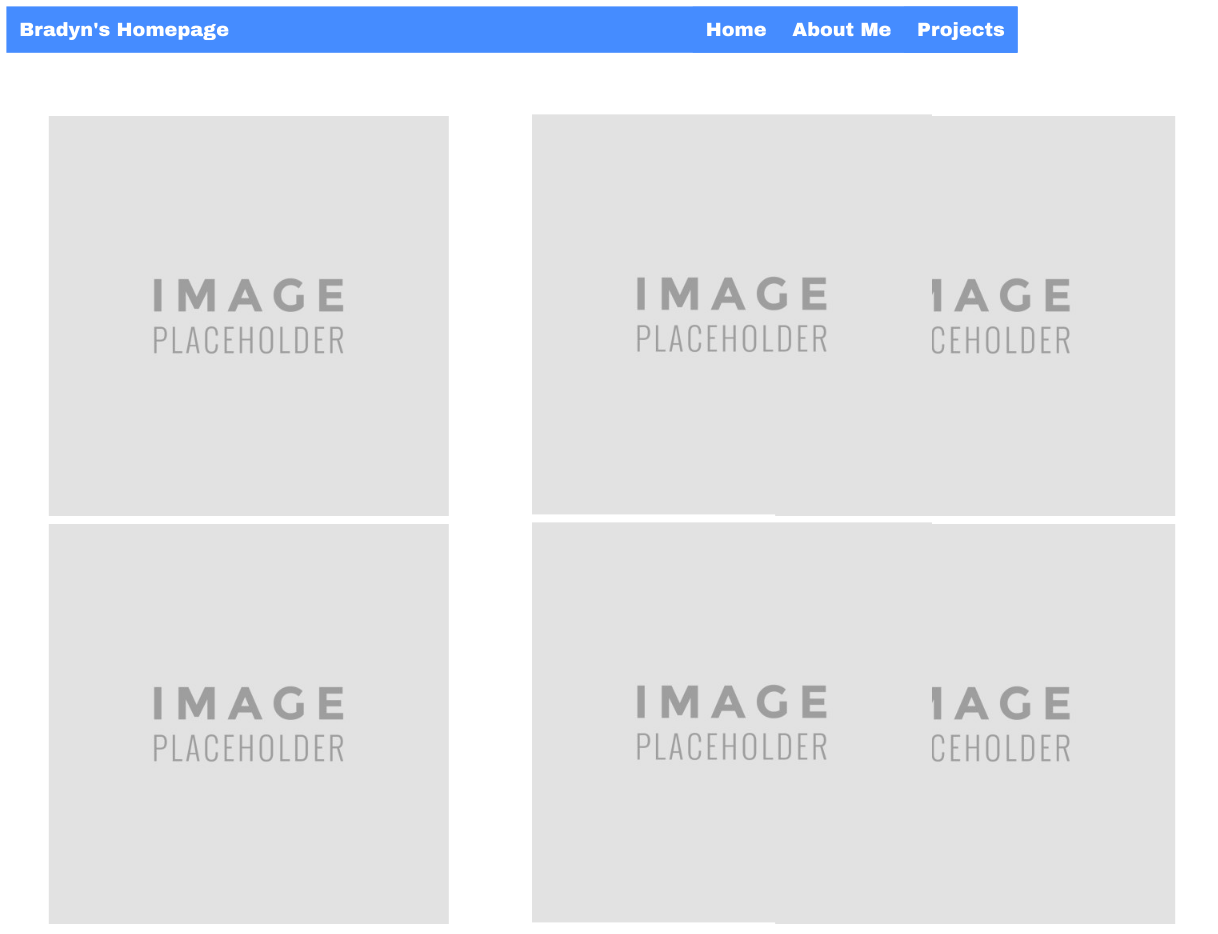
Repository: br4y/br4y.github.io
Page: index.html
The author's editor kept a record of every edit. The page is drawn from the files as they stood at one moment, then again after the next edit.
The browser window is 1280 px wide. The page is 1522 px wide, so the pictures cover 1522 px, including what lies to the right of the window. The pictures show the whole page, at 80% of full size.

Above is the page before.

### index.html
<!DOCTYPE html>
<link href="StyleSheet.css" rel="stylesheet" type="text/css">
<html>
    <head>
    <div class="navbar">
        <a>Bradyn's Homepage</a>
        <div class="links">
          <a class="active" href="index.html">Home</a>
          <a href="about.html">About Me</a>
      <div class="dropdown">
        <div class="morelinks">Projects</div>
        <div class="dropdown-content">
          <a href="#">Projects</a>
          <a href="#">Projects</a>
          <a href="#">Projects</a>
        </div>
      </div>
     </div>

    </div>

    </head>

    <body>
        <table>
            <tr class="spacerow">
                <br><br><br><br>
            </tr>
            <tr class="row1">
                <td><img class="column1" src="images/placeholder.jpg"></img></td>
                <td><img class="column2" src="images/placeholder.jpg"></img></td>
                <td><img class="column3" src="images/placeholder.jpg"></img></td>
            </tr>
            <tr>

            </tr>
            <tr class="row2">
                <td><img class="column1" src="images/placeholder.jpg"></img></td>
                <td><img class="column2" src="images/placeholder.jpg"></img></td>
                <td><img class="column3" src="images/placeholder.jpg"></img></td>
            </tr>
        </table>
    </body>

</html>

### StyleSheet.css
       .navbar{
        background-color: #458cff;
        overflow: hidden;
        font-family:"Arial Black", Gadget, sans-serif;
      }

      .navbar a {
        color: white;
        font-size: 24px;
        text-decoration: none;
        padding:16px;
        float:left;
      }

      .links {
        font-family:"Arial Black", Gadget, sans-serif;
        background-color: #458cff;
        color: white;
        float: right;
        text-decoration: none;
        font-size: 24px;
      }

      .morelinks {
        color: white;
        font-size: 24px;
        text-decoration: none;
        padding:16px;
      }

      .navbar a:hover, .morelinks:hover {
        background-color: pink;
      }

      .dropdown:hover .dropdown-content {
        display:block;
      }

      .dropdown-content {
        position: absolute;
        z-index:  1;
        display:none;
        background-color: #458cff;
        font-family:"Arial Black", Gadget, sans-serif;
      }

      .dropdown {
        font-family:"Arial Black", Gadget, sans-serif;
        background-color: #458cff;
        color: white;
        float: right;
        text-decoration: none;
        font-size: 24px;

      }

      .dropdown-content a{
        float: none;
        display:block;
      }

    .dog {
        width:40px;
        height:40px;
        border-radius:50%;
        padding:5px;
        display:inline;
        vertical-align:middle;
    }

    .portrait {
        height:relative;
        width:50%;
        float:left;
    }

    .about-text {
        text-align:left;
        font-family:"Arial Black", Gadget, sans-serif;
        width:45%;
        height:relative;
        display:inline-block;
        margin-left:15px;
    }

    /*.dropdown:hover .dropdown-content {display: block;}*/
    /*.dropdown-content a:hover {background-color:#2376fc;}*/
    /*.dropdown:hover .dropbtn {background-color: #2376fc;}*/

    table {
        width:100%;
    }

    .column1{
        height:40%;
        float:left;
        padding-left:10%
    }

    .column2 {
        height:40%;
        margin-left:30%;
    }

    .column3 {
        height:40%;
        float: right;
        padding-right:10%;
    }

    .spacerow {
        height:100%;
        padding-top:50px;
        color:white;
        font-size:100px;
    }

    .navbuttons {
        margin-right:10px;
        padding-right:20px;
        background-color:#458cff;
        display:inline-block;
        text-align: right;
        color:white;
        font-size:75%;
        font-family:"Arial Black", Gadget, sans-serif;
    }

After the next edit:
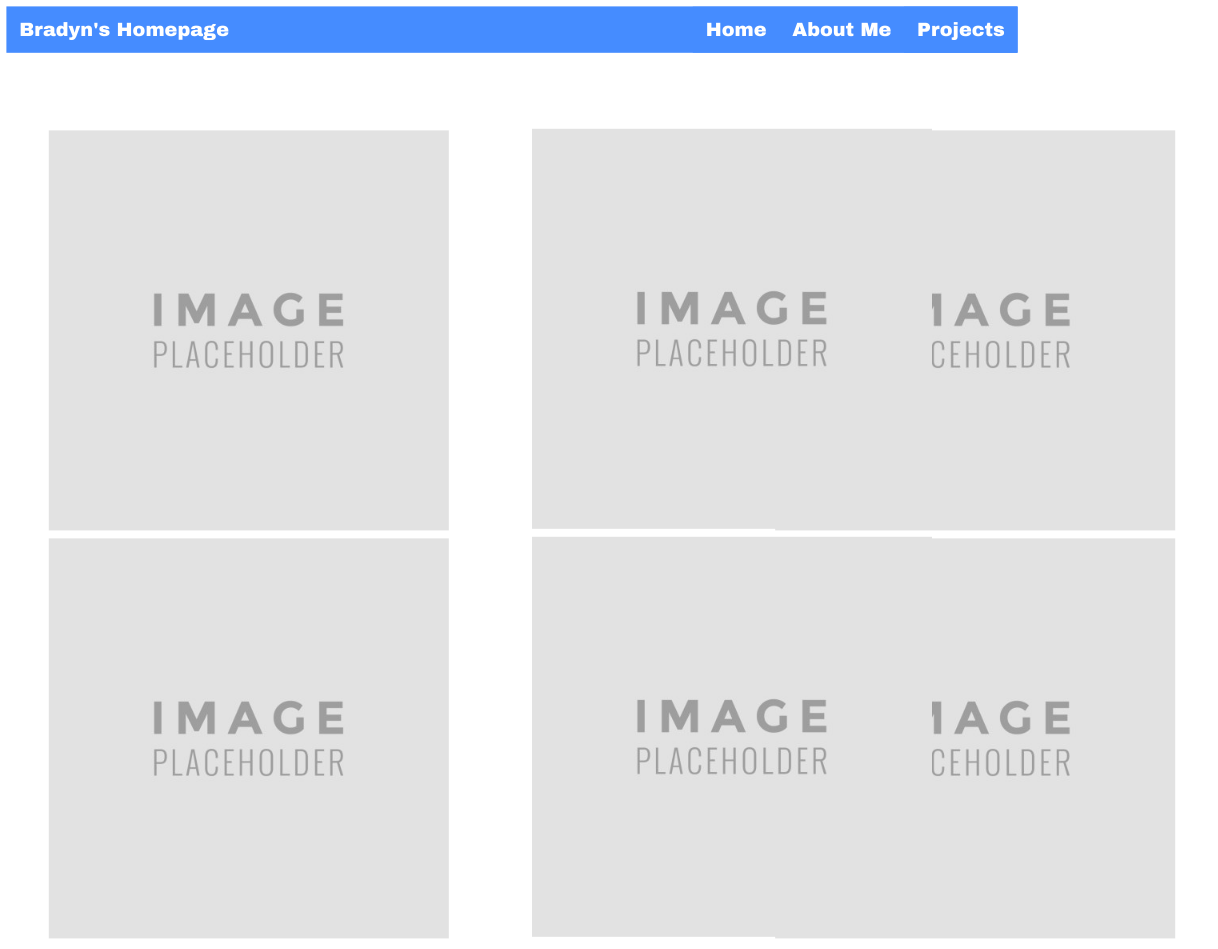
The edit:
--- a/index.html
+++ b/index.html
@@ -24,7 +24,7 @@
     <body>
         <table>
             <tr class="spacerow">
-                <br><br><br><br>
+                <br><br><br><br><br>
             </tr>
             <tr class="row1">
                 <td><img class="column1" src="images/placeholder.jpg"></img></td>
